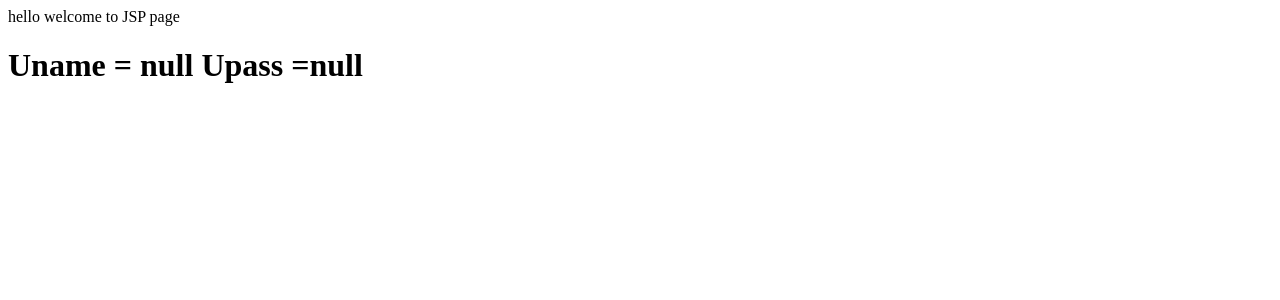
Repository: Asterisc-Institute/Adv-Java-Batch8
Page: http://localhost/Jsp-Day01/home.jsp
These files come from the project's save history. The page is drawn as it stood at one moment and after the next save; the edit follows.
The browser window is 1280 px wide. The pictures show the whole page.
The page is served by Tomcat 9.

Above is the page before, as saved 2023-05-06 15:43:59.

After the next save:
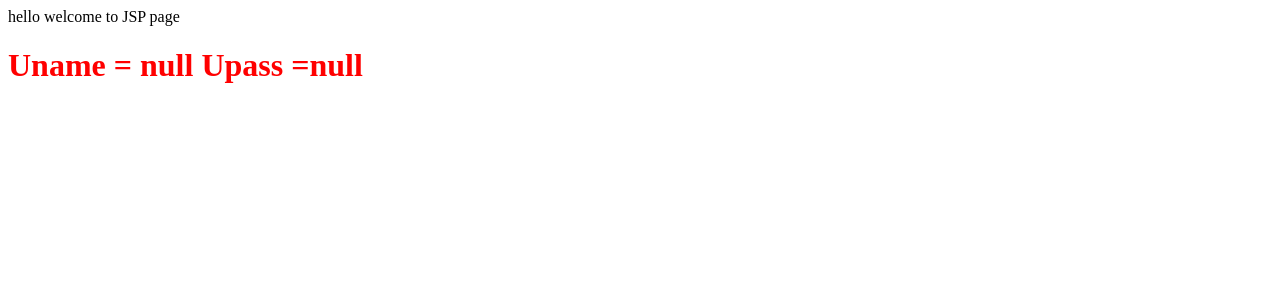
Saved 61 s later.
--- a/Jsp-Day01/WebContent/home.jsp
+++ b/Jsp-Day01/WebContent/home.jsp
@@ -8,14 +8,15 @@
 </head>
 <body>
 hello welcome to JSP page
+
 <br/>
-<h1>
+
+<h1 style="color:red">
 <%
 String uname=request.getParameter("uname");
 String upass=request.getParameter("upass");
 
 out.println("Uname = "+uname+"  Upass ="+upass);
-
 %>
 </h1>
 
